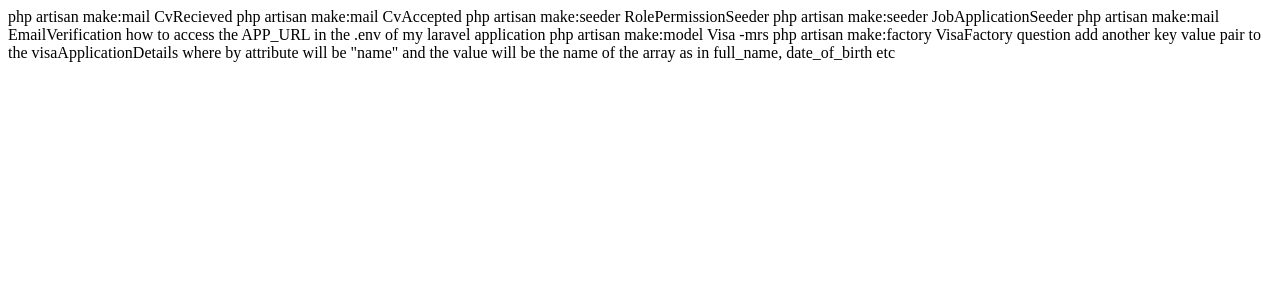
Repository: greatchriz/job
Page: project.html
These files come from the project's save history. The page is drawn as it stood at one moment and after the next save; the edit follows.
The browser window is 1280 px wide. The pictures show the whole page.

Above is the page before, as saved 2023-12-08 14:43:26.

After the next save:
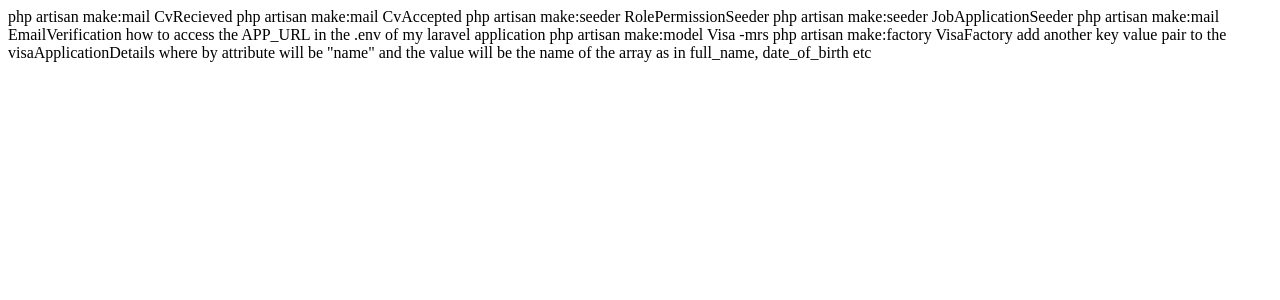
Saved 22 s later.
--- a/project.html
+++ b/project.html
@@ -16,5 +16,7 @@
 
 php artisan make:factory VisaFactory
 
-question
+<!-- question -->
 add another key value pair to the visaApplicationDetails where by attribute will be "name" and the value will be the name of the array as in full_name, date_of_birth etc
+
+<!-- visaApplicationDetails -->
